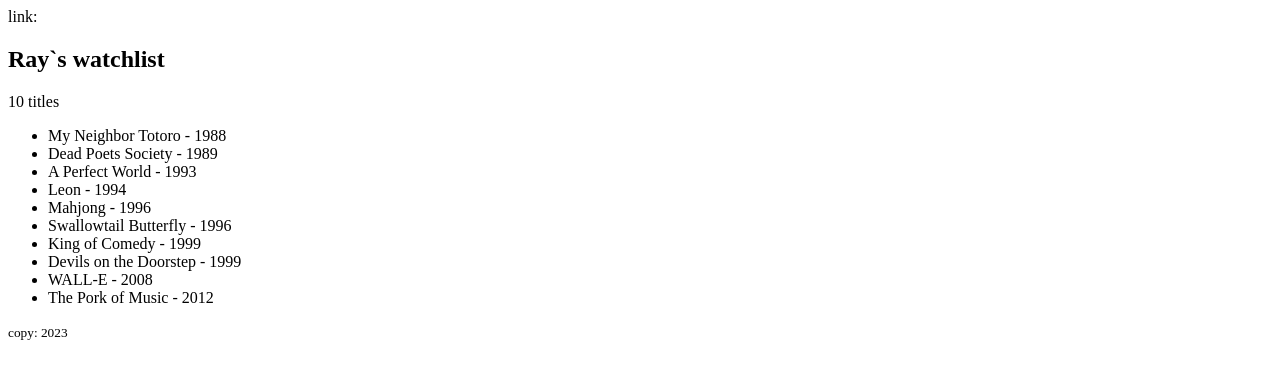
Repository: NeoRay2100/fask2309
Page: http://localhost/
An editor plug-in stored every save of this project. The page is shown before and after a run of saves, followed by the edit.
The browser window is 1280 px wide. The pictures show the whole page.
The page is served by the project's application, run on Flask 3 (app_u1.py).

Above is the page before, as saved 2023-10-07 11:40:50.

After the next 2 saves:
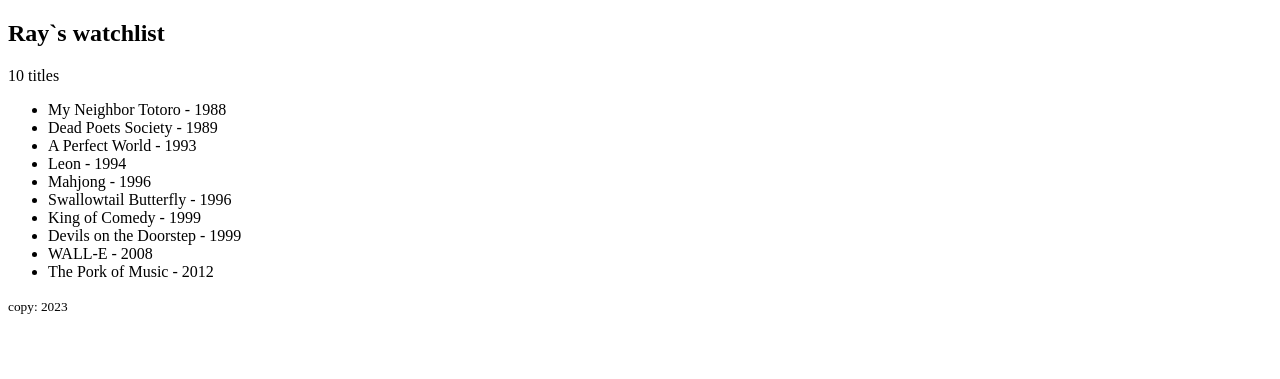
The 2 saves are shown as one change because they came seconds apart.
The last was saved 11 s later.
--- a/templates/index.html
+++ b/templates/index.html
@@ -4,7 +4,7 @@
     <meta charset="UTF-8">
     <meta name="viewport" content="width=device-width, initial-scale=1.0">
     <title>Document</title>
-    link:
+    <link rel="stylesheet" href="">
 </head>
 <body>
     <h2>{{ name }}`s watchlist</h2>
